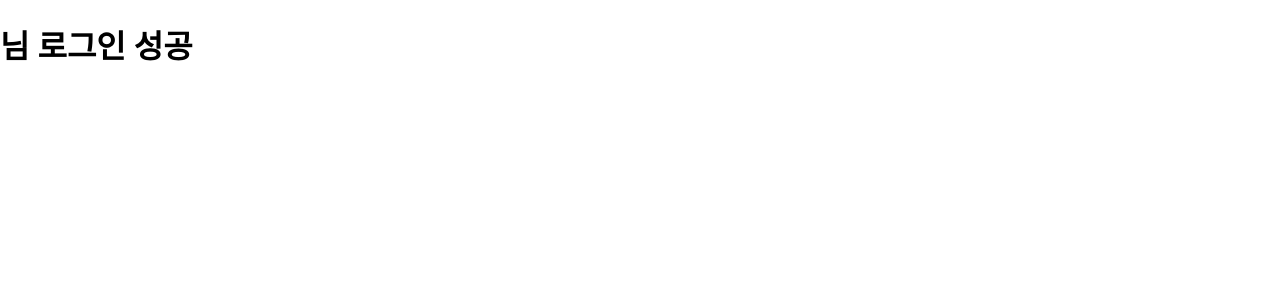
Repository: JaeYoon0935/lcom-servlet-jsp
Page: http://localhost/lcomputerstudy/user/login-result.jsp
These files come from the project's save history. The page is drawn as it stood at one moment and after the next save; the edit follows.
The browser window is 1280 px wide. The pictures show the whole page.
The page is served by Tomcat 9.

Above is the page before, as saved 2020-09-21 03:32:11.

After the next save:
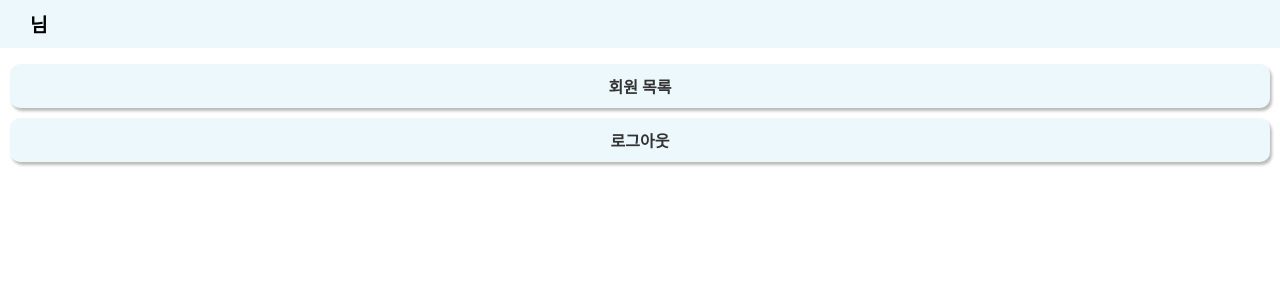
Saved 75 s later.
--- a/lcomputerstudy/WebContent/user/login-result.jsp
+++ b/lcomputerstudy/WebContent/user/login-result.jsp
@@ -41,9 +41,15 @@
 	}
 
 </style>
-
-
 <body>
-<h1>${sessionScope.user.u_name }님 로그인 성공</h1>
+<div>
+${sessionScope.user.u_name }님
+</div>
+<div>
+	<ul>
+		<li><a href="user-list.do">회원 목록</a></li>
+		<li><a href="logout.do">로그아웃</a></li>
+	</ul>
+</div>
 </body>
 </html>
